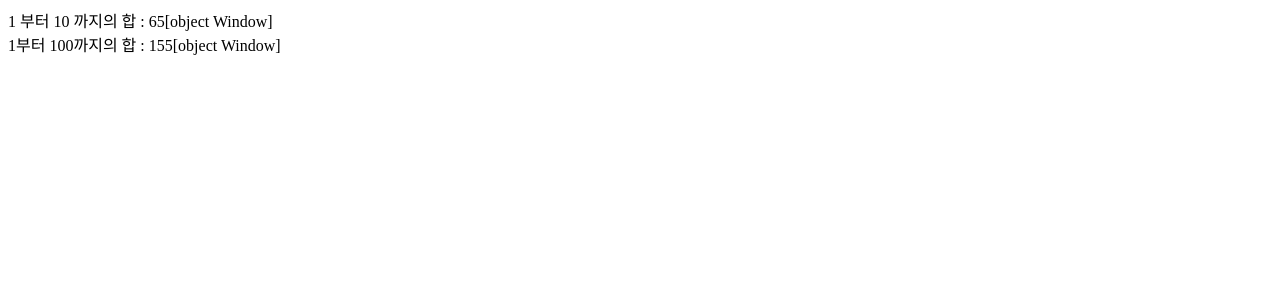
Repository: LeeHyoun/pollytec
Page: workspace2/JavaScript/WebContent/curry.html
These files come from the project's save history. The page is drawn as it stood at one moment and after a run of saves; the edit follows.
The browser window is 1280 px wide. The pictures show the whole page.

Above is the page before, as saved 2015-04-02 05:59:33.

### workspace2/JavaScript/WebContent/curry.html
<!DOCTYPE html>
<html>
<head>
<meta charset="UTF-8">
<title>curry</title>


<script type="text/javascript">


// 함수 객체에 method 추가
Function.prototype.method = function (name, func) {
    if (!this.prototype[name]) {
        this.prototype[name] = func;
    }
};

Function.method ('curry', function () {
     // Array 객체의 slice 메소드를 가져온다.
    var slice = Array.prototype.slice;
     // Array 함수 객체에서 가져온 slice를 실행하는데
     // apply를 사용하여 this객체를 arguments로 바꿔준다.
     // 추후 Array의 concat을 사용하기 위함이다.
     // 왜냐하면 arguments는 length 메소드만을 지원하는 배열이다.
     // 따라서 엄밀히 말하면 배열 객체가 아니다.

    var args = slice.apply(arguments); // arguments를 배열객체로 만들어 args에 할당한다.
    var args2 = args.apply2
    // that 은 curry 메소드를 사용하는 함수 객체를 가리킨다.
    var that = this; //add
     // curry 함수를 호출한 함수 객체를 변경한다.
     // 변경된 함수 객체를 호출하면 arguments와
     // 처음 curry 메소드 호출시 받은 arguments를
     // 합치게 된다.
    return function () {
        return that.apply(this, args.concat(slice.apply (arguments)));
    };
});

// 단순히 arguments를 모두 더해서 리턴하는 함수객체이다.
var add = function (a) {

    var iCount = arguments[1];
    var iSum = 0;

    for (var iIndex = arguments[0]; iIndex <= iCount; iIndex ++) {
        iSum += iIndex;
    }

    return iSum + arguments[2] + this;
};

// curry 를 호출해서 add1에 할당된 함수 객체는
// 1 이라는 arguments를 다음에 호출할 때 사용한다.
var add1 = add.curry (1,10); //값이 여러개일 경우 slice로 나뉘어져 배열에 저장



// 변경된 add1을 호출한 함수 객체는 1 과 10을
// arguments 로 가지게 되므로 55을 리턴하게 된다.
document.write ('1 부터 10 까지의 합 : '+add1 (10)); // 55
document.write('<br>');
document.write ('1부터 100까지의 합 : '+add1 (100)); // 55

</script>
</head>
<body>

</body>
</html>

After the next 2 saves:
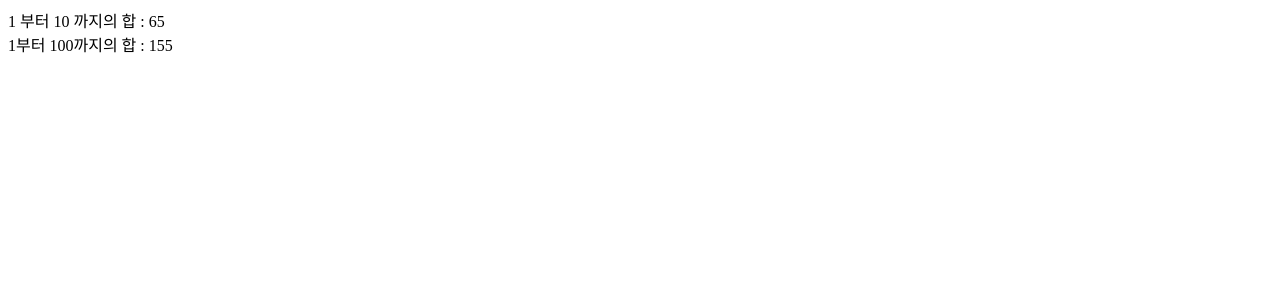
The 2 saves are shown as one change because they came seconds apart.
The last was saved 11 s later.
--- a/workspace2/JavaScript/WebContent/curry.html
+++ b/workspace2/JavaScript/WebContent/curry.html
@@ -33,7 +33,7 @@ Function.method ('curry', function () {
      // 처음 curry 메소드 호출시 받은 arguments를
      // 합치게 된다.
     return function () {
-        return that.apply(this, args.concat(slice.apply (arguments)));
+        return that.apply(null, args.concat(slice.apply (arguments)));
     };
 });
 
@@ -47,7 +47,7 @@ var add = function (a) {
         iSum += iIndex;
     }
 
-    return iSum + arguments[2] + this;
+    return iSum + arguments[2];
 };
 
 // curry 를 호출해서 add1에 할당된 함수 객체는
